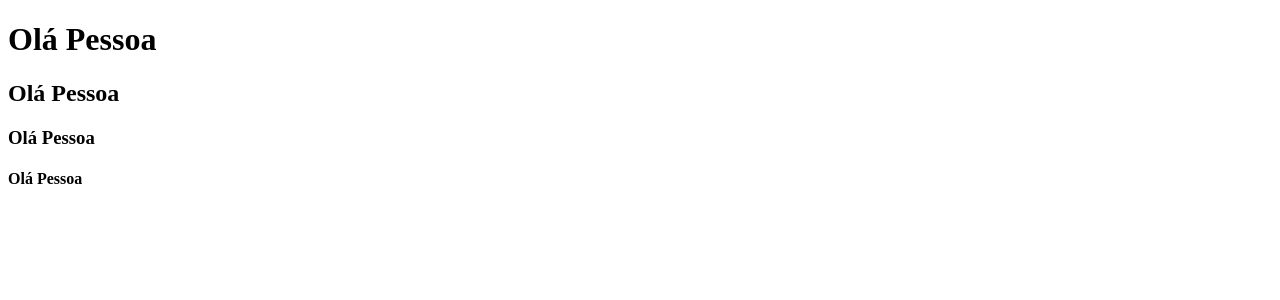
Repository: 27marques/avaliacao
Page: aulasweb/webpack02/src/index.html
An editor plug-in stored every save of this project. The page is shown before and after the next save, followed by the edit.
The browser window is 1280 px wide. The pictures show the whole page.

Above is the page before, as saved 2022-08-06 00:36:22.

### aulasweb/webpack02/src/index.html
<!DOCTYPE html>
<html lang="pt-br">
<head>
    <meta charset="UTF-8">
    <meta http-equiv="X-UA-Compatible" content="IE=edge">
    <meta name="viewport" content="width=device-width, initial-scale=1.0">
    <title>Document</title>
</head>
<body>
    <div class="container">
        <h1>Olá Pessoa</h1>
        <h2>Olá Pessoa</h2>
        <h3>Olá Pessoa</h3>
        <h4>Olá Pessoa</h4>

    </div>


</body>
</html>

After the next save:
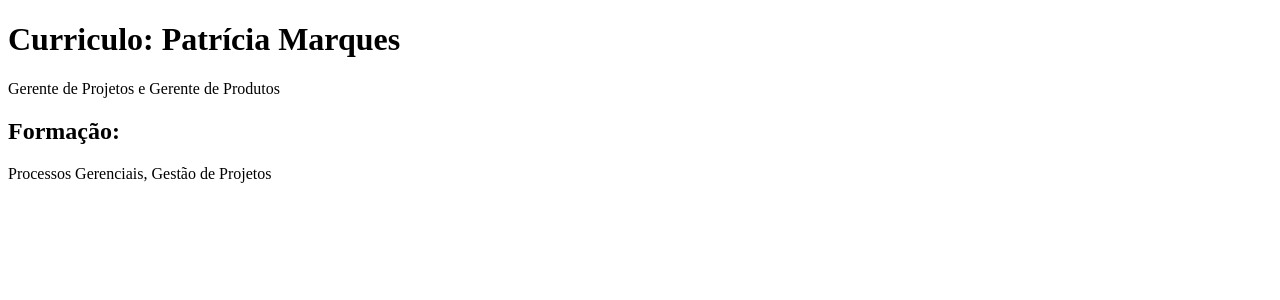
Saved 4 min 59 s later.
--- a/aulasweb/webpack02/src/index.html
+++ b/aulasweb/webpack02/src/index.html
@@ -8,11 +8,11 @@
 </head>
 <body>
     <div class="container">
-        <h1>Olá Pessoa</h1>
-        <h2>Olá Pessoa</h2>
-        <h3>Olá Pessoa</h3>
-        <h4>Olá Pessoa</h4>
-
+        <h1>Curriculo: Patrícia Marques</h1>
+        <p>Gerente de Projetos e Gerente de Produtos</p>
+        <h2>Formação:</h2>
+        <p>Processos Gerenciais, Gestão de Projetos</p>
+        <h5></h5>
     </div>
 
 
